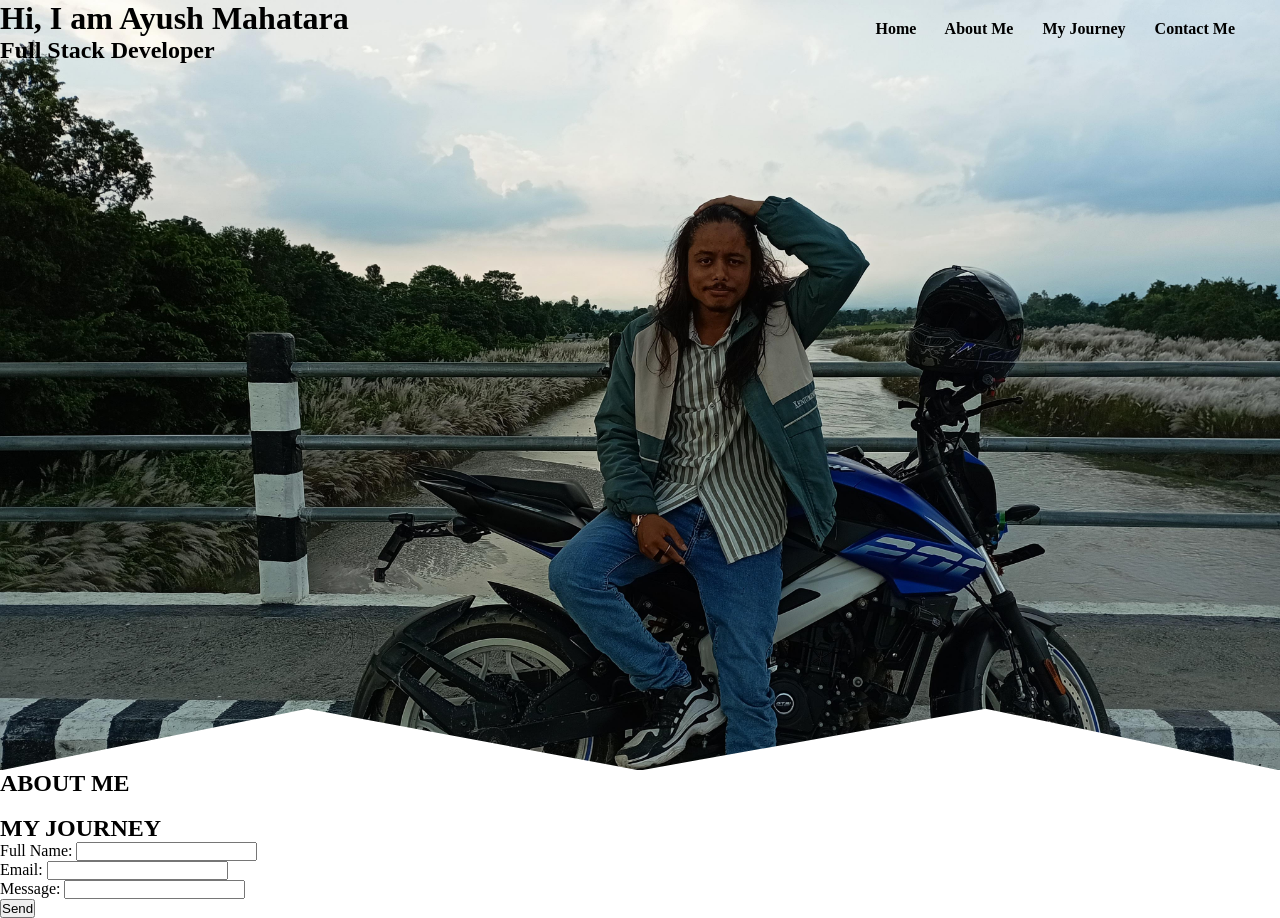
Repository: AyushMahatara/personal-website
Page: New folder/index.html
An editor plug-in stored every save of this project. The page is shown before and after the next save, followed by the edit.
The browser window is 1280 px wide. The pictures show the whole page.
Backgrounds fixed to the window are drawn as part of the page.

Above is the page before, as saved 2023-07-20 16:44:10.

After the next save:
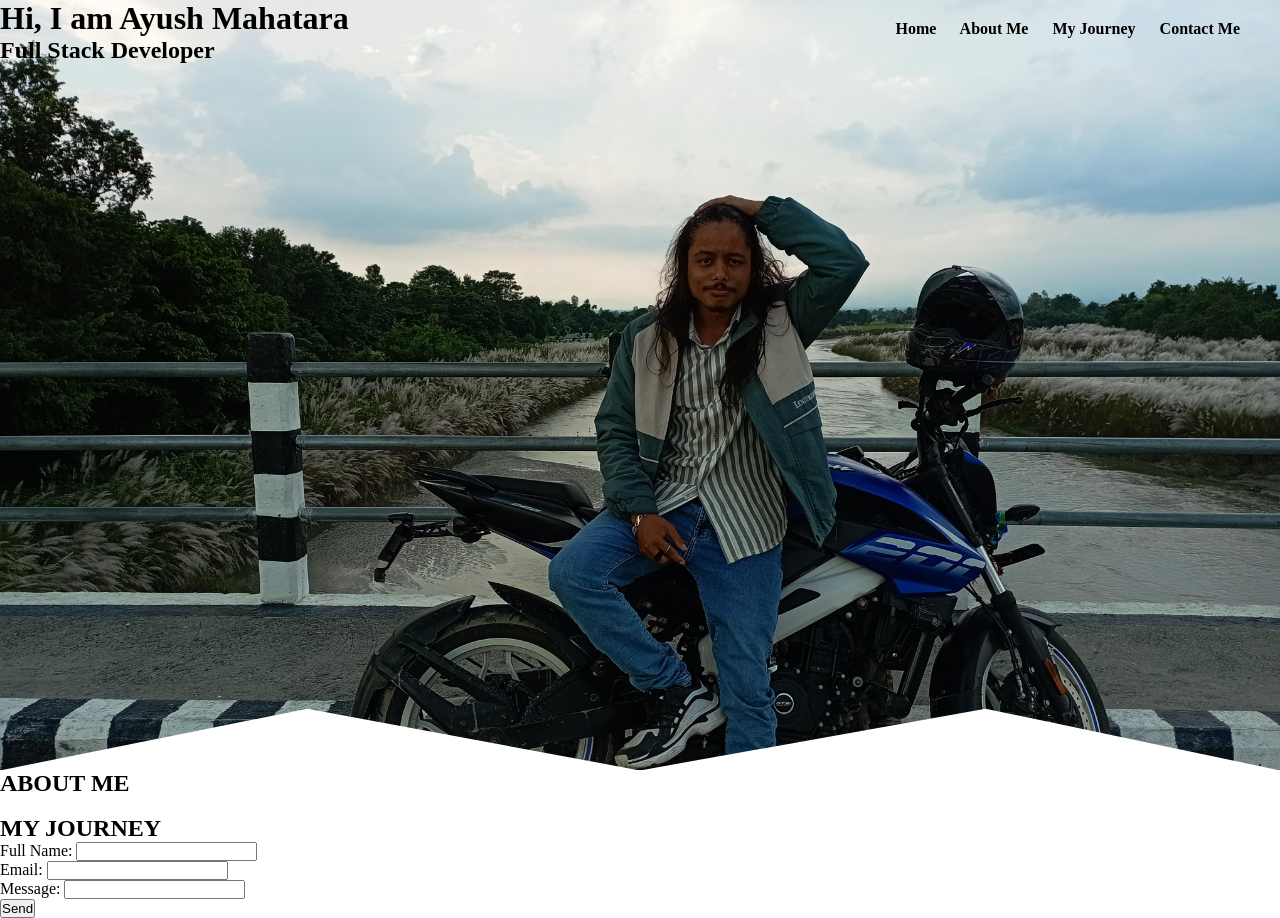
Saved 102 s later.
--- a/New folder/style.css
+++ b/New folder/style.css
@@ -38,7 +38,7 @@
 }
 
 nav a {
-  padding-right: 25px;
+  padding-right: 20px;
 }
 
 .active {

After the save that followed:
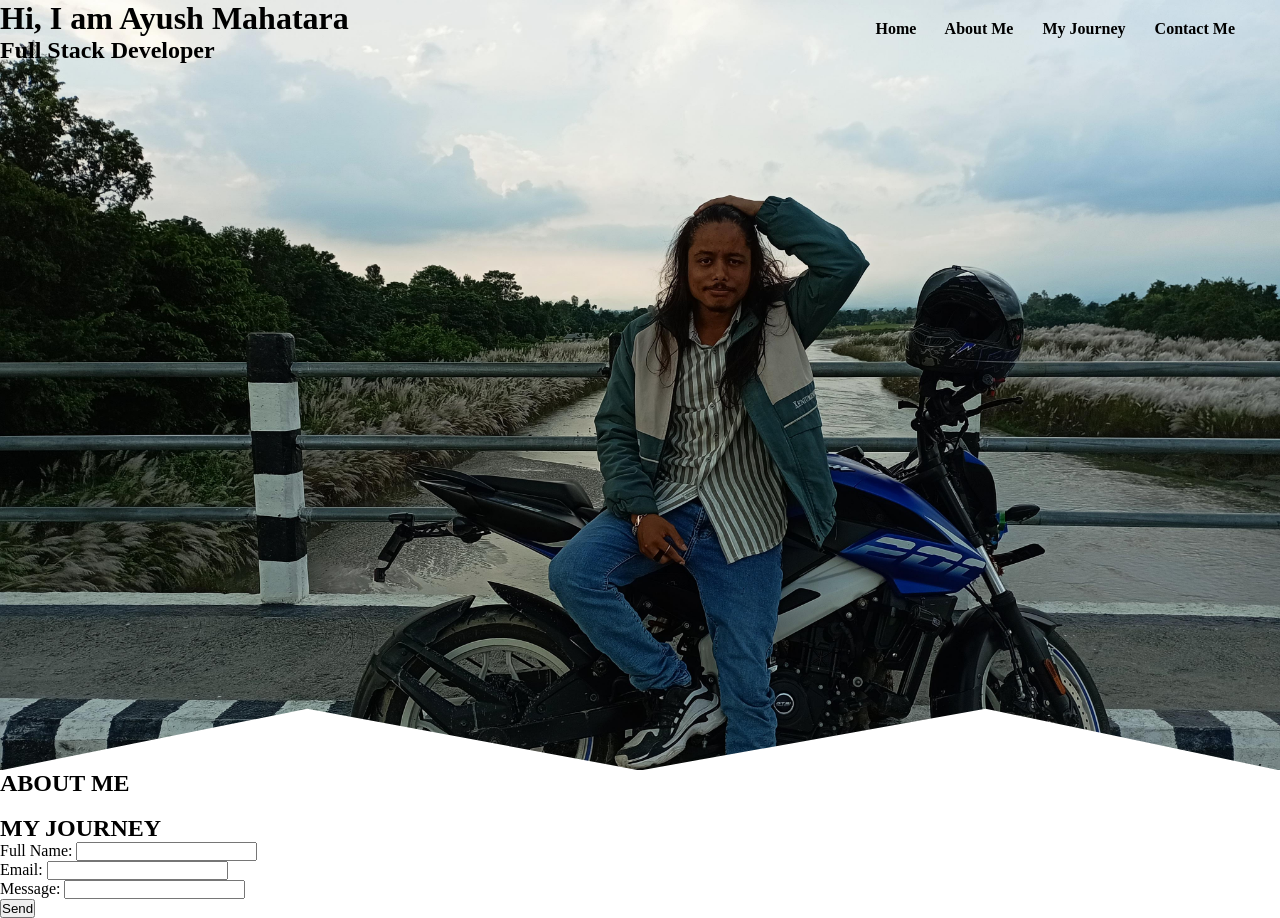
Saved 10 s later.
--- a/New folder/style.css
+++ b/New folder/style.css
@@ -38,7 +38,7 @@
 }
 
 nav a {
-  padding-right: 20px;
+  padding-right: 25px;
 }
 
 .active {
